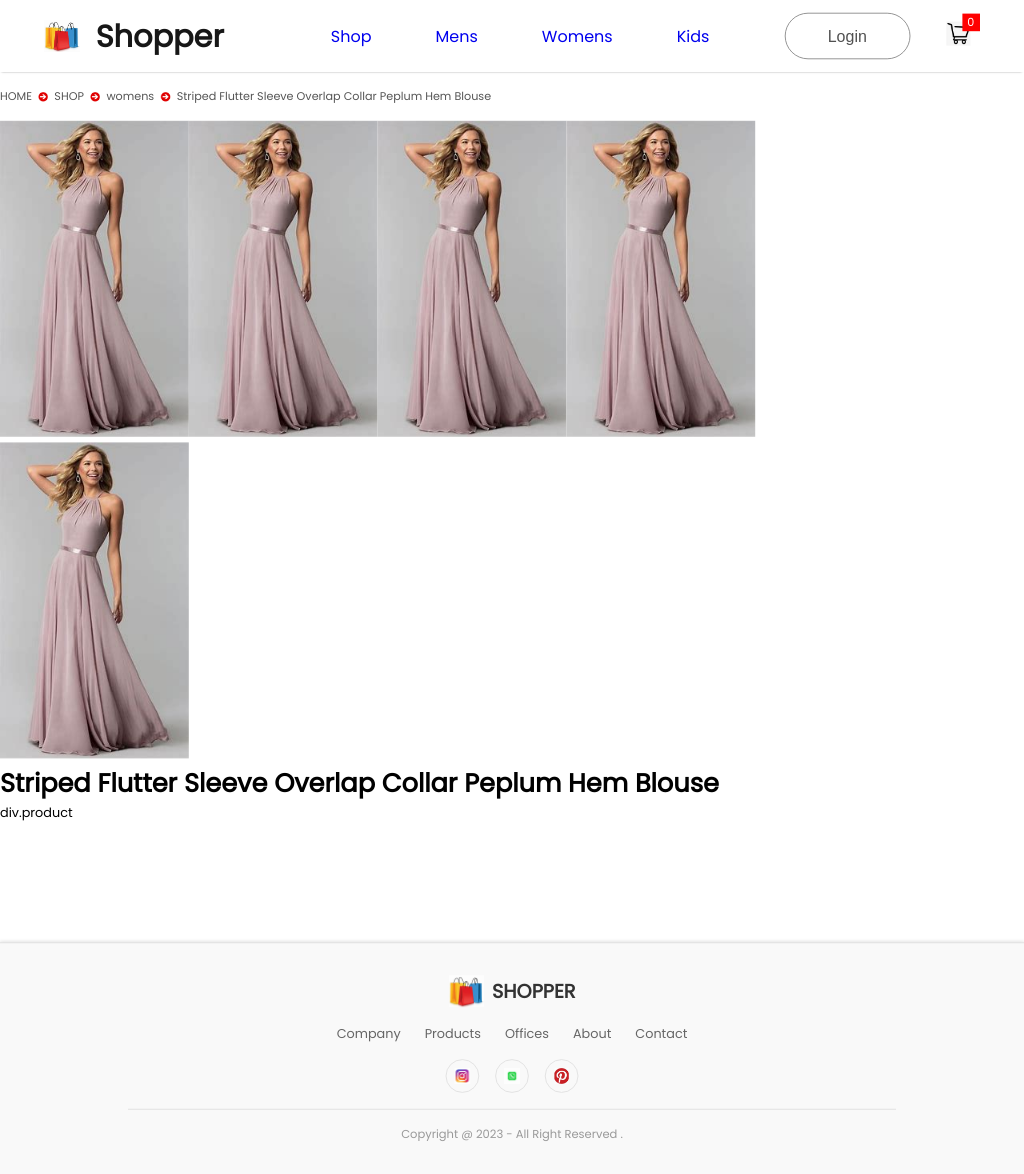
Repository: sshaiv/Shoppie_EcommerceAPP
Page: /product/1
An editor plug-in stored every save of this project. The page is shown before and after a run of saves, followed by the edit.
The browser window is 1280 px wide. The pictures show the whole page, at 80% of full size.
The project was rebuilt for these pictures with package versions that can differ from the ones it lists, and the page was loaded fresh each time. Also part of the build but not shown: src/App.css, src/Components/Pages/CSS/ShopCategory.css, src/Components/Item/Item.css, src/Components/Item/Item.jsx, src/Components/Pages/ShopCategory.jsx, src/Components/ProductDisplay/ProductDisplay.css, src/Components/Pages/Cart.jsx, src/Components/Pages/CSS/LoginSignup.css and 14 more.

Above is the page before, as saved 2024-07-16 21:40:02.

### public/index.html
<!DOCTYPE html>
<html lang="en">
  <head>
    <meta charset="utf-8" />
    <link rel="icon" href="%PUBLIC_URL%/favicon.ico" />
    <meta name="viewport" content="width=device-width, initial-scale=1" />
    <meta name="theme-color" content="#000000" />
    <meta
      name="description"
      content="Web site created using create-react-app"
    />
    <link rel="apple-touch-icon" href="%PUBLIC_URL%/logo192.png" />
    <!--
      manifest.json provides metadata used when your web app is installed on a
      user's mobile device or desktop. See https://developers.google.com/web/fundamentals/web-app-manifest/
    -->
    <link rel="manifest" href="%PUBLIC_URL%/manifest.json" />
    <!--
      Notice the use of %PUBLIC_URL% in the tags above.
      It will be replaced with the URL of the `public` folder during the build.
      Only files inside the `public` folder can be referenced from the HTML.

      Unlike "/favicon.ico" or "favicon.ico", "%PUBLIC_URL%/favicon.ico" will
      work correctly both with client-side routing and a non-root public URL.
      Learn how to configure a non-root public URL by running `npm run build`.
    -->
    <link rel="preconnect" href="https://fonts.googleapis.com">
    <link rel="preconnect" href="https://fonts.gstatic.com" crossorigin>
    <link href="https://fonts.googleapis.com/css2?family=Poppins&display=swap" rel="stylesheet">
    <title>E-Commerce</title>
  </head>
  <body>
    <noscript>You need to enable JavaScript to run this app.</noscript>
    <div id="root"></div>
    <!--
      This HTML file is a template.
      If you open it directly in the browser, you will see an empty page.

      You can add webfonts, meta tags, or analytics to this file.
      The build step will place the bundled scripts into the <body> tag.

      To begin the development, run `npm start` or `yarn start`.
      To create a production bundle, use `npm run build` or `yarn build`.
    -->
  </body>
</html>

### src/index.js
import React from 'react';
import ReactDOM from 'react-dom/client';
import './index.css';
import App from './App';
import ShopContextProvider from './Components/Context/ShopContext';

const root = ReactDOM.createRoot(document.getElementById('root'));
root.render(
  <ShopContextProvider>
    <App/>
  </ShopContextProvider>
);

// If you want to start measuring performance in your app, pass a function
// to log results (for example: reportWebVitals(console.log))
// or send to an analytics endpoint. Learn more: https://bit.ly/CRA-vitals

### src/index.css
*{
  margin: 0;
}

body {
  margin: 0;
  font-family: -apple-system, BlinkMacSystemFont, 'Segoe UI', 'Roboto', 'Oxygen',
    'Ubuntu', 'Cantarell', 'Fira Sans', 'Droid Sans', 'Helvetica Neue',
    sans-serif;
  -webkit-font-smoothing: antialiased;
  -moz-osx-font-smoothing: grayscale;

 font-family:'Poppins';

}

code {
  font-family: source-code-pro, Menlo, Monaco, Consolas, 'Courier New',
    monospace;
}

### src/App.js
import React from 'react';
import './App.css';
import Navbar from './Components/Navbar/Navbar';
import { BrowserRouter, Routes, Route } from 'react-router-dom';
import ShopCategory from './Components/Pages/ShopCategory';
import Product from './Components/Pages/Product';
import Cart from './Components/Pages/Cart';
import LoginSignup from './Components/Pages/LoginSignup';
import Shop from './Components/Pages/Shop';
import Footer from './Components/Footer/Footer';
import men_banner from './Components/Assets/banner_mens.png';
import women_banner from './Components/Assets/banner_women.png';
import kid_banner from './Components/Assets/banner_kids.png';

const App = () => {
  return (
    <div>
      <BrowserRouter>
        <Navbar />
        <Routes>
          <Route path='/' element={<Shop />} />
          <Route path='/mens' element={<ShopCategory banner={men_banner} category='mens' />} />
          <Route path='/womens' element={<ShopCategory banner={women_banner} category='womens' />} />
          <Route path='/kids' element={<ShopCategory banner={kid_banner} category='kids' />} />
          <Route path='/product' element={<Product />} />
          <Route path='/product/:productID' element={<Product />} />
          <Route path='/cart' element={<Cart />} />
          <Route path='/login' element={<LoginSignup />} />
        </Routes>
        <Footer />
      </BrowserRouter>
    </div>
  );
}

export default App;

### src/Components/Context/ShopContext.jsx
import React, { createContext } from 'react';
import all_product from '../Assets/all_products';

export const ShopContext = createContext(null);

const ShopContextProvider = (props) => {
  const contextValue = { all_product };

  return (
    <ShopContext.Provider value={contextValue}>
      {props.children}
    </ShopContext.Provider>
  );
}

export default ShopContextProvider;

### src/Components/Navbar/Navbar.jsx
import React, { useState } from 'react'
import './Navbar.css'
import logo from '../Assets/logo.png'
import cart_icon from '../Assets/cart_icon.png'
import { Link } from 'react-router-dom'

const Navbar = () => {
const [menu,setMenu]=useState("shop");

  return (
    <div>
      <div className='navbar'>
        <div className='nav-logo'>
          <img src={logo} alt="Logo" />
          <p>Shopper</p>
        </div>
        <ul className='nav-menu'>
            <li onClick={()=>{setMenu("shop")}}><Link style={{textDecoration:'none'}} to='/'>Shop </Link>{menu==="shop"? <hr/> :<></>}   </li>
            <li onClick={()=>{setMenu("mens")}}><Link style={{textDecoration:'none'}}  to='/mens'>Mens</Link> {menu==="shop"? <hr/> :<></>} </li>
            <li onClick={()=>{setMenu("womens")}}><Link style={{textDecoration:'none'}}  to='/womens'>Womens </Link> {menu==="shop"? <hr/> :<></>} </li>
            <li onClick={()=>{setMenu("kids")}}><Link style={{textDecoration:'none'}}  to='/kids'>Kids</Link> {menu==="shop"? <hr/> :<></>} </li>
        </ul>

        <div className="nav-login-cart">
          <Link to='/login'>  <button>Login</button></Link>
       <Link to='/cart'>   <img src={cart_icon} alt="" /></Link>
      <div className="nav-cart-count">0</div>
        </div>
      </div>
    </div>
  )
}

export default Navbar

### src/Components/Pages/Product.jsx
import React,{useContext} from 'react'
import { ShopContext } from '../Context/ShopContext'
import { useParams } from 'react-router-dom'
import Breadcrums from '../Breadcrums/Breadcrums';
import ProductDisplay from '../ProductDisplay/ProductDisplay';

const Product = () => {
  const {all_product}=useContext(ShopContext);
  const {productID}=useParams();
  const product =all_product.find((e)=>e.id===Number(productID));
  return (
    <div>
      <Breadcrums product={product}/>
      <ProductDisplay product={product}/>
    </div>
  )
}

export default Product

### src/Components/Footer/Footer.jsx
import React from 'react'
import './Footer.css'
import footer_logo from '../Assets/footer_logo.png'
import insta_logo from '../Assets/insta_logo.png'
import whatsapp_logo from '../Assets/whatsapp_logo.png'
import pinterest_logo from '../Assets/pinterest_logo.png'



const Footer = () => {
  return (
    <div className='footer'>
      <div className="footer-logo">
        <img src={footer_logo} alt="" />
        <p>SHOPPER</p>

      </div>
      <ul className="footer-links">
        <li>Company</li>
        <li>Products</li>
        <li>Offices</li>
        <li>About</li>
        <li>Contact</li>
      </ul>
      <div className="footer-social-icon">
        <div className="footer-icons-container">
            <img src={insta_logo} alt="" />
        </div>
        <div className="footer-icons-container">
            <img src={whatsapp_logo} alt="" />
        </div>
        <div className="footer-icons-container">
            <img src={pinterest_logo} alt="" />
        </div>
      </div>
      <div className="footer-copyright">
        <hr />
        <p>Copyright @ 2023 - All Right Reserved .</p>
      </div>
    </div>
  )
}

export default Footer

### src/Components/Assets/all_products.js
import p1_img from './product1.png';
import p2_img from './product2.png';
import p3_img from './product3.png';
import p4_img from './product4.png';
// Repeat or add new images as necessary

let all_product = [
    {
        id: 1,
        name: "Striped Flutter Sleeve Overlap Collar Peplum Hem Blouse",
        image: p1_img,
        new_price: 50.00,
        old_price: 80.50,
        category: "womens"
    },
    {
        id: 2,
        name: "Denim High Waist Skinny Jeans",
        image: p2_img,
        new_price: 65.00,
        old_price: 95.00,
        category: "womens"
    },
    {
        id: 3,
        name: "Linen Blend V-Neck Midi Dress",
        image: p3_img,
        new_price: 70.00,
        old_price: 110.00,
        category: "womens"
    },
    {
        id: 4,
        name: "Leather Crossbody Bag with Tassel Detail",
        image: p4_img,
        new_price: 45.00,
        old_price: 75.00,
        category: "womens"
    },
    {
        id: 5,
        name: "Classic White Cotton Shirt",
        image: p1_img,
        new_price: 40.00,
        old_price: 60.00,
        category: "mens"
    },
    {
        id: 6,
        name: "Slim Fit Chinos",
        image: p2_img,
        new_price: 55.00,
        old_price: 85.00,
        category: "mens"
    },
    {
        id: 7,
        name: "Floral Print A-Line Dress",
        image: p3_img,
        new_price: 75.00,
        old_price: 100.00,
        category: "womens"
    },
    {
        id: 8,
        name: "Faux Leather Biker Jacket",
        image: p4_img,
        new_price: 90.00,
        old_price: 120.00,
        category: "womens"
    },
    // Continue adding products with the appropriate category
    {
        id: 9,
        name: "Knitted Sweater",
        image: p1_img,
        new_price: 60.00,
        old_price: 90.00,
        category: "mens"
    },
    {
        id: 10,
        name: "Stretch Skinny Jeans",
        image: p2_img,
        new_price: 50.00,
        old_price: 80.00,
        category: "mens"
    },
    {
        id: 11,
        name: "Polka Dot Wrap Dress",
        image: p3_img,
        new_price: 85.00,
        old_price: 115.00,
        category: "womens"
    },
    {
        id: 12,
        name: "Wool Blend Coat",
        image: p4_img,
        new_price: 150.00,
        old_price: 200.00,
        category: "womens"
    },
    {
        id: 13,
        name: "Lace Trim Cami Top",
        image: p1_img,
        new_price: 35.00,
        old_price: 55.00,
        category: "womens"
    },
    {
        id: 14,
        name: "High Rise Shorts",
        image: p2_img,
        new_price: 45.00,
        old_price: 70.00,
        category: "mens"
    },
    {
        id: 15,
        name: "Puff Sleeve Midi Dress",
        image: p3_img,
        new_price: 65.00,
        old_price: 95.00,
        category: "womens"
    },
    {
        id: 16,
        name: "Quilted Crossbody Bag",
        image: p4_img,
        new_price: 55.00,
        old_price: 85.00,
        category: "womens"
    },
    {
        id: 17,
        name: "Oversized Denim Jacket",
        image: p1_img,
        new_price: 100.00,
        old_price: 130.00,
        category: "mens"
    },
    {
        id: 18,
        name: "Cargo Pants",
        image: p2_img,
        new_price: 60.00,
        old_price: 90.00,
        category: "mens"
    },
    {
        id: 19,
        name: "Embroidered Maxi Dress",
        image: p3_img,
        new_price: 110.00,
        old_price: 150.00,
        category: "womens"
    },
    {
        id: 20,
        name: "Suede Ankle Boots",
        image: p4_img,
        new_price: 95.00,
        old_price: 125.00,
        category: "womens"
    },
    {
        id: 21,
        name: "Ribbed Turtleneck Sweater",
        image: p1_img,
        new_price: 45.00,
        old_price: 70.00,
        category: "mens"
    },
    {
        id: 22,
        name: "Pleated Midi Skirt",
        image: p2_img,
        new_price: 55.00,
        old_price: 85.00,
        category: "womens"
    },
    {
        id: 23,
        name: "Off-Shoulder Evening Gown",
        image: p3_img,
        new_price: 150.00,
        old_price: 200.00,
        category: "womens"
    },
]

export default all_product;

### src/Components/Navbar/Navbar.css
.navbar{
    display: flex;
    justify-content: space-around;
    padding: 16px;
    box-shadow:0 1px 3px -2px black ;

}
.nav-logo{
    display:flex;
    align-items: center;
    gap: 10px;
}

.nav-logo p{
    color: #171717;
    font-size: 38px;
    font-weight: 600;
}
.nav-menu{
    display:flex;
    align-items:center;
    list-style: none;
    gap: 50px;
    color:#626262;
    font-size: 20px;
    font-weight: 500;

}


  .nav-logo img {
    height: 40px;
    margin-right: 10px;
  }



  .nav-menu li {
    margin: 0 15px;
    position: relative;
    cursor: pointer;
  }

  .nav-menu li:hover hr {
    display: block;
  }

  .nav-menu hr {
    display: none;
    width: 80%;
    height: 3px;
    border-radius: 10px;
    background-color:red;

  }

  .nav-login-cart {
    display: flex;
    align-items: center;
    gap: 45px;
  }

  .nav-login-cart button {
    width: 157px;
    height: 58px;
    outline: none;
    border: 1px solid #7a7a7a;
    border-radius: 75px;
    color:#515151;
    font-size: 20px;
    font-weight: 500;
    background: white;
    cursor: pointer;
  }

  .nav-login-cart button:active{
    background:#f3f3f3;
  }
  .nav-login-cart img {
    height: 30px;
    cursor: pointer;
  }
  .nav-cart-count{
    width: 22px;
    height: 22px;
    display: flex;
    justify-content: center;
    align-items:center;
    margin-top: -35px;
    margin-left: -55px;
    border: radius 11px;
    font-size: 14px;
    background-color:red;
    color:white;
  }

  @media (max-width: 768px) {
    .navbar {
      flex-direction: column;
      align-items: center;
    }

    .nav-logo p {
      font-size: 20px;
    }

    .nav-menu {
      flex-direction: column;
      align-items: center;
      gap: 10px;
    }

    .nav-menu li {
      margin: 10px 0;
    }

    .nav-login-cart {
      flex-direction: column;
      align-items: center;
      gap: 10px;
    }
  }

### src/Components/Breadcrums/Breadcrums.jsx
import React from 'react';
import './Breadcrum.css';
import arrow_icon from '../Assets/arrow_icon.png';

const Breadcrums = (props) => {
  const { product } = props;
  return (
    <div className='breadcrums'>
      HOME <img src={arrow_icon} alt="arrow" /> SHOP <img src={arrow_icon} alt="arrow" /> {product.category} <img src={arrow_icon} alt="arrow" /> {product.name}
    </div>
  );
}

export default Breadcrums;

### src/Components/ProductDisplay/ProductDisplay.jsx
import React from 'react'
import './ProductDisplay.css'

const ProductDisplay = (props) => {
    const {product}=props;
  return (
    <div className='productdisplay'>
      <div className="productdisplay-left">
        <div className="productdisplay-img-list">
            <img src={product.image} alt="" />
            <img src={product.image} alt="" />
            <img src={product.image} alt="" />
            <img src={product.image} alt="" />
        </div>
        <div className="productdisplay-img">
            <img className='productdisplay-main-img' src={product.image} alt="" />
        </div>
      </div>
      <div className="productdisplay-right">

<h1>{product.name}</h1>
div.product
      </div>
    </div>
  )
}

export default ProductDisplay

### src/Components/Footer/Footer.css
.footer {
    background-color: #f9f9f9;
    padding: 40px;
    text-align: center;
    border-top: 1px solid #ddd;
    box-shadow: 0 -2px 4px rgba(0, 0, 0, 0.1);
    position: relative;
    top: 150px;
  }

  .footer-logo {
    display: flex;
    justify-content: center;
    align-items: center;
    gap: 10px;
    margin-bottom: 20px;
  }

  .footer-logo img {
    height: 40px;
  }

  .footer-logo p {
    font-size: 1.5rem;
    font-weight: bold;
    color: #333;
  }

  .footer-links {
    list-style: none;
    padding: 0;
    display: flex;
    justify-content: center;
    gap: 30px;
    margin-bottom: 20px;
  }

  .footer-links li {
    font-size: 1rem;
    color: #666;
    cursor: pointer;
    transition: color 0.3s ease;
  }

  .footer-links li:hover {
    color: #ff4141;
  }

  .footer-social-icon {
    display: flex;
    justify-content: center;
    gap: 20px;
    margin-bottom: 20px;
  }

  .footer-icons-container {
    width: 40px;
    height: 40px;
    display: flex;
    justify-content: center;
    align-items: center;
    border: 1px solid #ddd;
    border-radius: 50%;
    transition: border-color 0.3s ease;
  }

  .footer-icons-container img {
    height: 20px;
  }

  .footer-icons-container:hover {
    border-color: #ff4141;
  }

  .footer-copyright {
    margin-top: 20px;
    font-size: 0.9rem;
    color: #999;
  }

  .footer hr {
    width: 80%;
    margin: 20px auto;
    border: none;
    border-top: 1px solid #ddd;
  }

### src/Components/Breadcrums/Breadcrum.css
/* CSS/Breadcrum.css */

.breadcrums {
    display: flex;
    align-items: center;
    font-size: 14px;
    color: #555;
    margin: 20px 0;
  }

  .breadcrums img {
    width: 12px;
    height: 12px;
    margin: 0 8px;
  }

  .breadcrums span {
    margin: 0 8px;
    color: #999;
  }

  .breadcrums a {
    text-decoration: none;
    color: inherit;
    transition: color 0.2s;
  }

  .breadcrums a:hover {
    color: #007bff;
  }

After the next 5 saves:
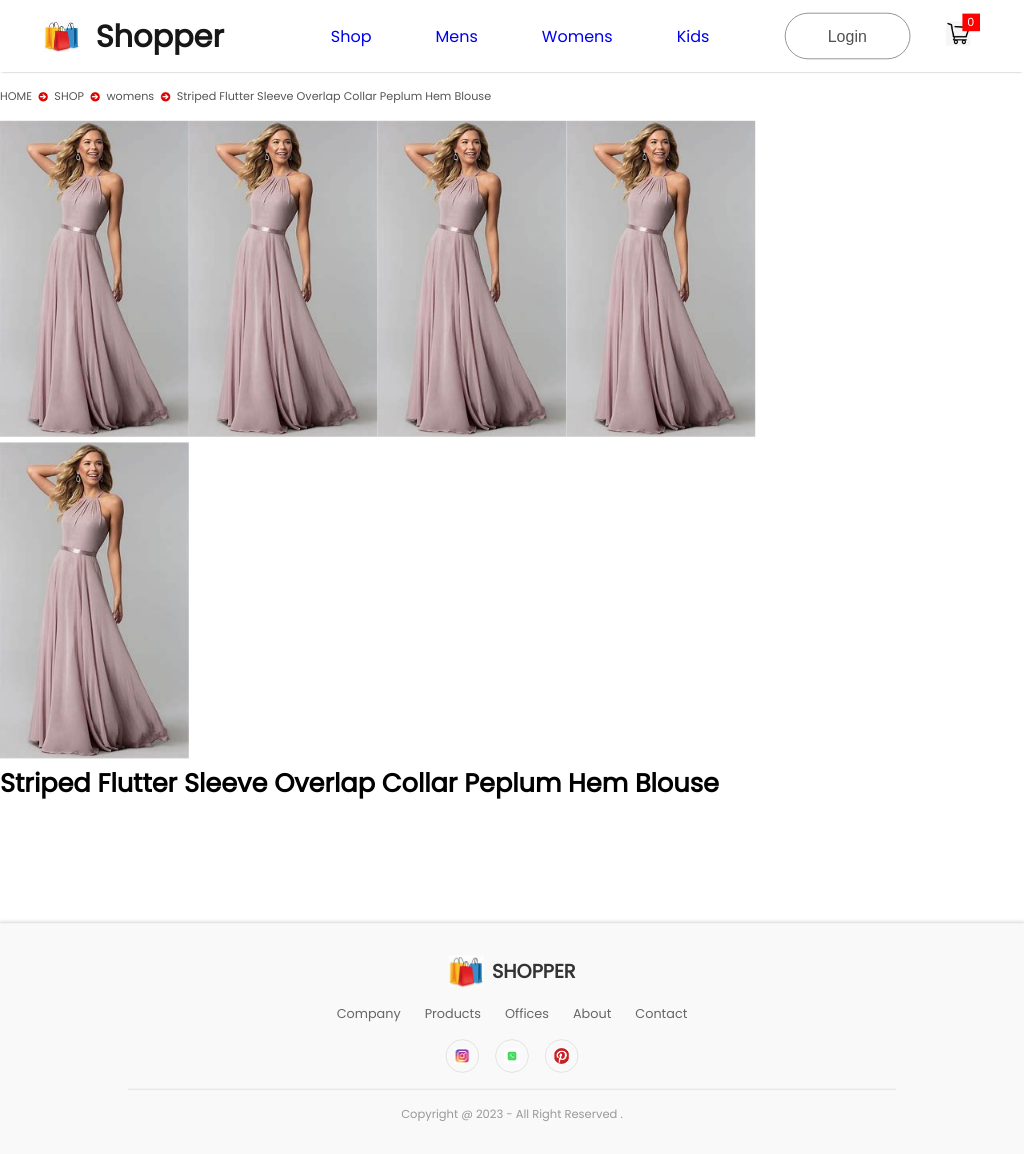
The 5 saves are shown as one change because they came seconds apart.
The last was saved 16 s later.
--- a/src/Components/ProductDisplay/ProductDisplay.jsx
+++ b/src/Components/ProductDisplay/ProductDisplay.jsx
@@ -19,7 +19,9 @@
       <div className="productdisplay-right">
 
 <h1>{product.name}</h1>
-div.product
+<div className="productdisplay-right-star">
+
+</div>
       </div>
     </div>
   )

After the 3 saves that followed:
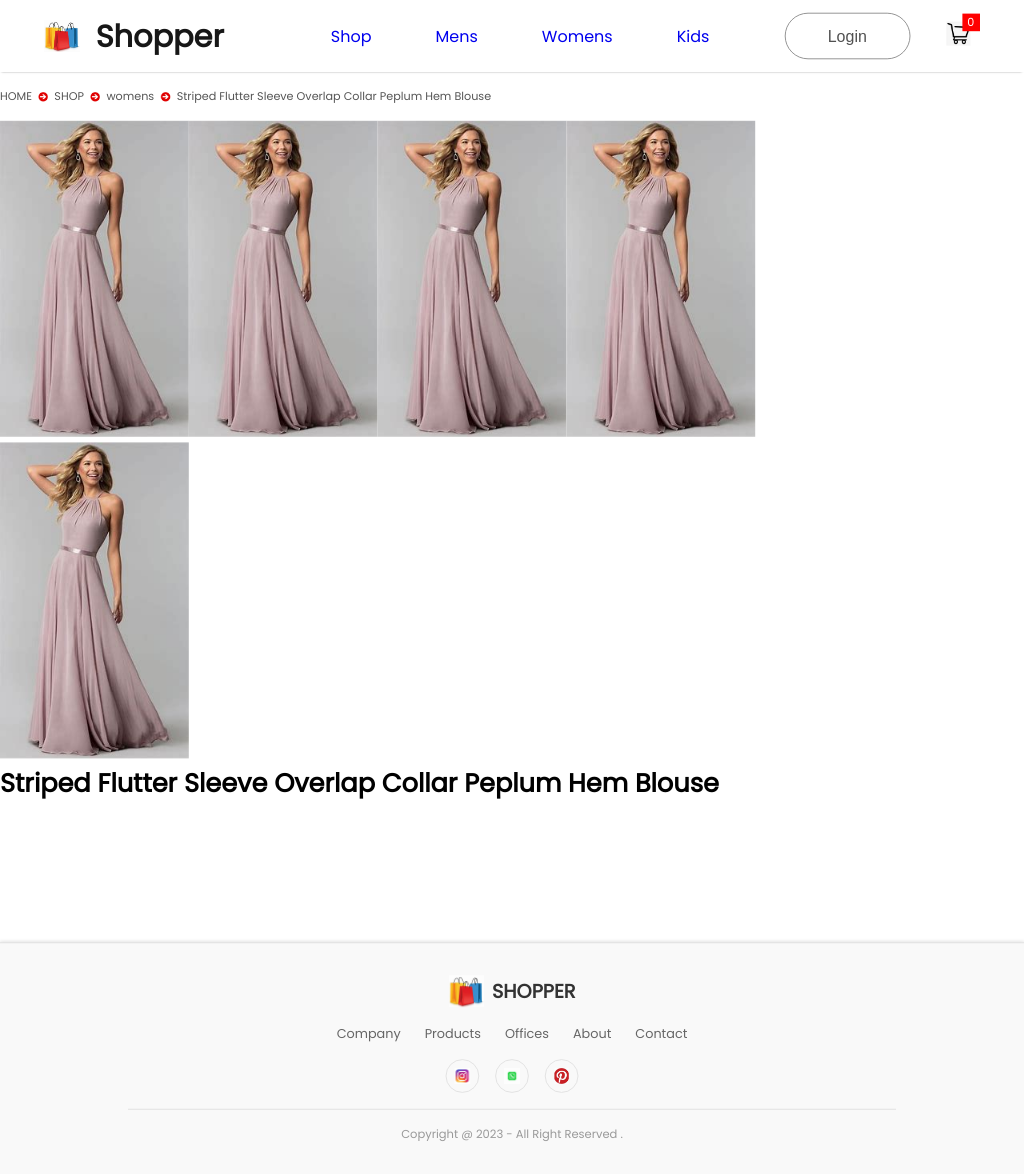
The 3 saves are shown as one change because they came seconds apart.
The last was saved 28 s later.
--- a/src/Components/ProductDisplay/ProductDisplay.jsx
+++ b/src/Components/ProductDisplay/ProductDisplay.jsx
@@ -20,7 +20,7 @@
 
 <h1>{product.name}</h1>
 <div className="productdisplay-right-star">
-
+    <img src="" alt="" /><img src="" alt="" /><img src="" alt="" /><img src="" alt="" />
 </div>
       </div>
     </div>
